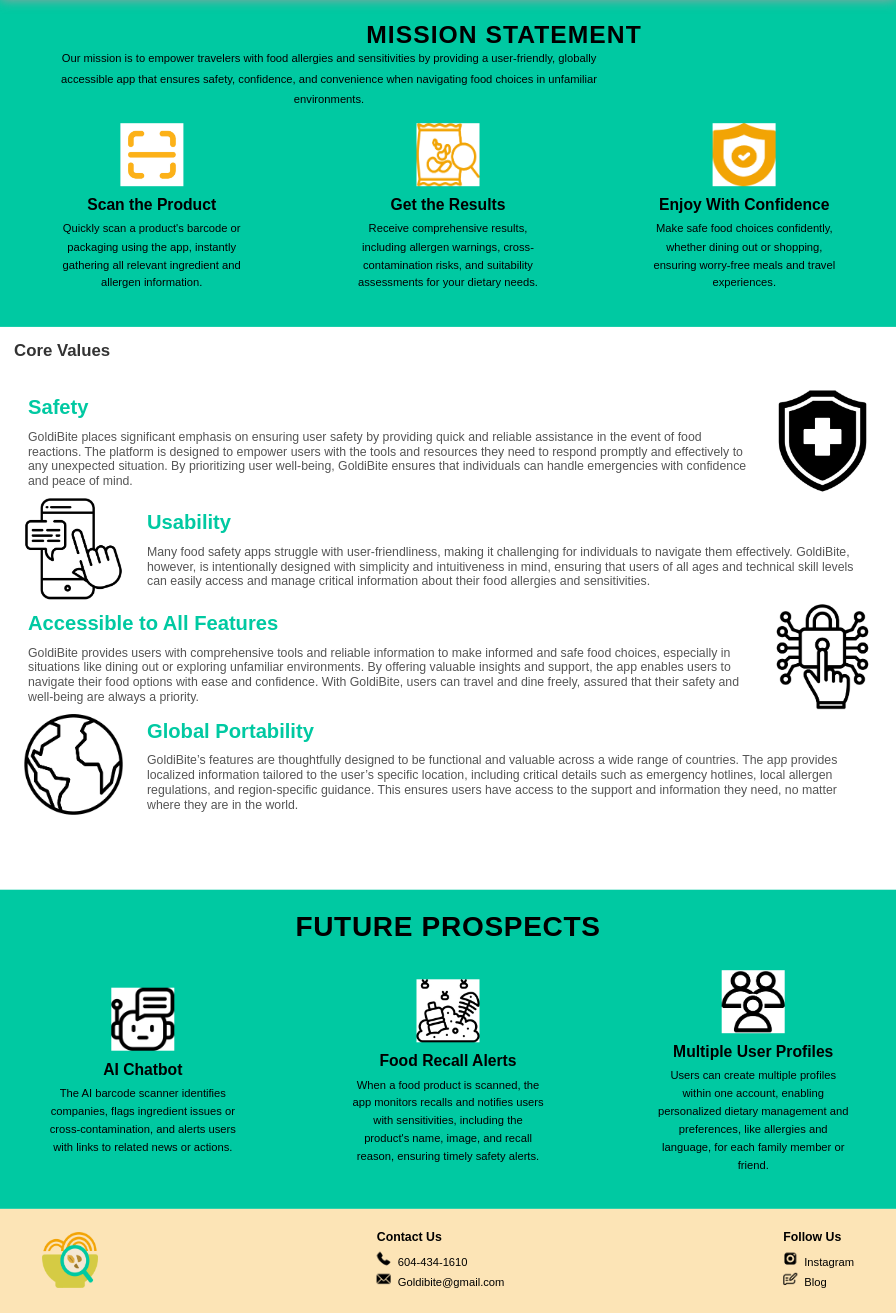
Repository: GavinPahal/landingpage
Page: /
The author's editor kept a copy of each file at every save. The page is drawn from the files as they stood at one save, then again after the next save.
The browser window is 1280 px wide. The pictures show the part of the page from y = 720 to 2596 px (the page is 2596 px tall), at 70% of full size.
The project was rebuilt for these pictures with package versions that can differ from the ones it lists, and the page was loaded fresh each time. The framework's server and built-in components were replaced by stand-ins that run in the browser. Also part of the build but not shown: next.config.mjs.

Above is the page before, as saved 2024-11-30 20:43:43.

After the next save:
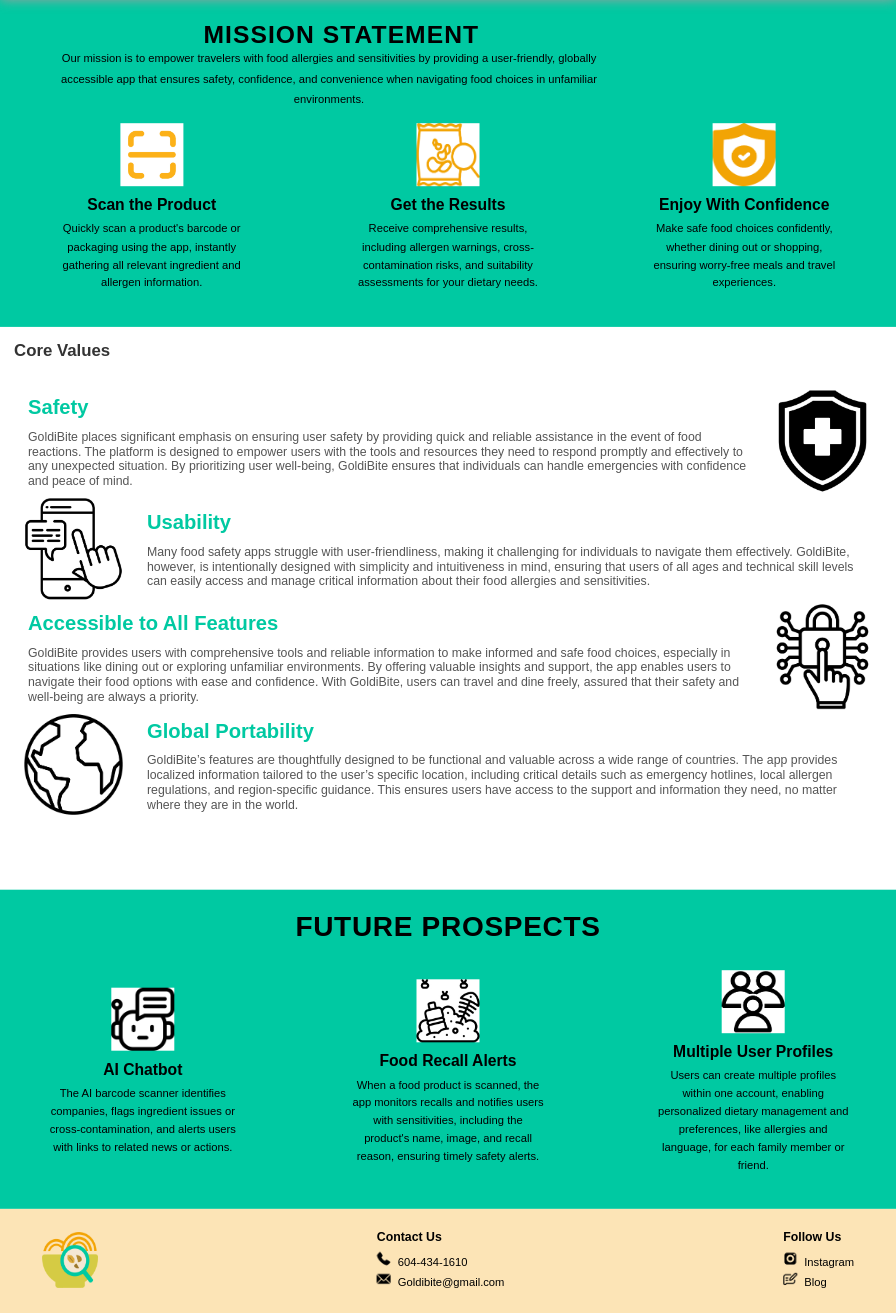
Saved 10 s later.
--- a/styles/globals.css
+++ b/styles/globals.css
@@ -170,7 +170,7 @@
 
 .missionStatement h1 {
   font-size: 2.2rem;
-  margin-left: 500px;
+  margin-left: 2.2rem;
   font-weight: bold;
   text-transform: uppercase;
   letter-spacing: 1.5px;
